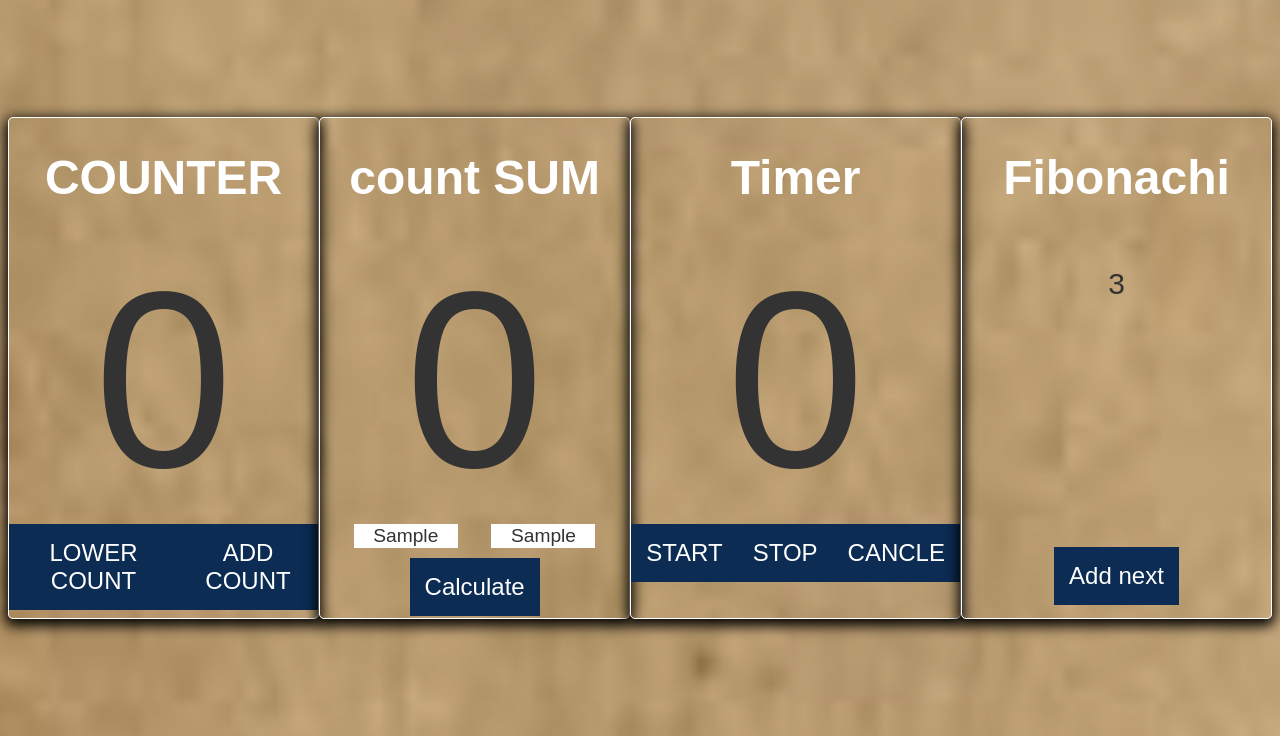
Repository: Hasmik-icml/counter
Page: index.html
An editor plug-in stored every save of this project. The page is shown before and after the next save, followed by the edit.
The browser window is 1280 px wide. The pictures show the whole page.
Empty fields were first filled with sample values (such as "Sample", 5 or name@example.com).
After loading, the first visible `div.fibonachiButtons` was clicked once.

Above is the page before, as saved 2022-02-14 23:26:46.

### index.html
<!DOCTYPE html>
<html lang="en">
<head>
    <meta charset="UTF-8">
    <meta http-equiv="X-UA-Compatible" content="IE=edge">
    <meta name="viewport" content="width=device-width, initial-scale=1.0">
    <link rel="stylesheet" href="/style.css">
    <title>Document</title>
</head>
<body>
    <!-- increase decrease -->
    <div class="container">
        <h1 class="counterHeader">COUNTER</h1>
        <div class="result">0</div>
        <div class="buttons">
            <button class="buttonLower button" data-id="lower">LOWER COUNT</button>
            <button class="buttonAdd button" data-id="add">ADD COUNT</button>
    </div>
    </div>

    <!--calculate sum of two numbers  -->
    <div class="container">
        <h1 class="counterHeader">count SUM</h1>
        <div class="resultSum result">0</div>
        <div class="inputs">
            <input type="text" class="inputNumber1 input">
            <input type="text" class="inputNumber2 input">
        </div>
        <button class="calculateNumber button">Calculate</button>
        <!--  -->
    </div>
    <!-- timer -->
    <div class="container">
        <h1 class="counterHeader">Timer</h1>
        <div class="resultTimer result">0</div>
        <div class="timerButtons buttons">
            <button class="buttonStart button">START</button>
            <button class="buttonStop button">STOP</button>
            <button class="buttonCansle button">CANCLE</button>
         </div>
    </div>
    <!-- fibonachi -->
    <div class="container">
        <h1 class="counterHeader">Fibonachi</h1>
        <div class="resultFibonachi result">0,1</div>
        <div class="fibonachiButtons buttons">
            <button class="buttonStart button">Add next</button>
         </div>
    </div>

    <script src="/index.js"></script>
</body>
</html>

### style.css
body{
    display:flex;
    text-align: center;
    /* flex-direction:column;
    justify-content:center; */
    min-height:100vh;
    background-image: url("/background.png");
    background-repeat: no-repeat;
    background-size: cover;
}
.container {
    width: 500px;
    height: 500px;
    border: 1px solid white;
    border-radius: 5px;
    margin: auto;
    text-align: center;
    box-shadow: 0px 4px 13px 3px;
    display: flex;
    flex-direction: column;
    justify-content: center;
    display: inline-block;
    justify-content: center;
    vertical-align: bottom;
}
.counterHeader{
    color: white;
    font-family: sans-serif;
    font-size: xxx-large;
}
.result{
    color: #333333;
    font-family: sans-serif;
    font-size: 250px;
}
.button{
    background-color: #0c2c54;
    border-style: none;
    color: white;
    padding: 15px;
    font-family: sans-serif;
    font-size: x-large;
}
.buttons{
    display: flex;
    justify-content: space-evenly;
}

.inputs{
    display: flex;
    justify-content: space-evenly;
    margin-bottom: 10px;
}
.input{
    border: none;
    font-size: larger;
    font-family: sans-serif;
    text-align: center;
    color: #333333;
    width: 100px;
    outline: none;
}
.resultFibonachi{
    font-size: 30px;
    height: 50%;
    overflow-wrap: anywhere;
    padding: 30px;
}

### index.js
// increase decrease
const result = document.querySelector(".result");
const buttonLower = document.querySelector(".buttonLower");
const buttonAdd = document.querySelector(".buttonAdd");

buttonLower.addEventListener("click", function(){
    result.innerHTML--;
})
buttonAdd.addEventListener("click", function(){
    result.innerHTML++;
})

// second version
// document.querySelectorAll(".button").forEach(item => {
//     item.addEventListener("click", function(e){
//         console.log("Target",item.getAttribute("data-id"));
//         if (item.getAttribute("data-id") === "add"){
//             result.innerHTML++;
//         }else{
//             result.innerHTML--;
//         }
//     })
// })


// calculate sum of two numbers
document.querySelector(".calculateNumber").addEventListener("click", function(){
    const number1 = +document.querySelector(".inputNumber1").value;
    const number2 = +document.querySelector(".inputNumber2").value;
    document.querySelector(".resultSum").innerHTML = calculate(number1)(number2);

})

function calculate(num1){
    return function(num2){
        return num1 + num2;
    }
}

// timer
const buttonStart = document.querySelector(".buttonStart");
const buttonStop = document.querySelector(".buttonStop");
const buttonCansle = document.querySelector(".buttonCansle");
const resultTimer = document.querySelector(".resultTimer");
let interval;

buttonStart.addEventListener("click", function(){
    interval = setInterval(timerStart, 1000);
})

buttonStop.addEventListener("click", function(){
    timerStop();
})

buttonCansle.addEventListener("click", function(){
    resultTimer.innerHTML = "0";
})

function timerStart(){
    resultTimer.innerHTML++;
}

function timerStop(){
  clearInterval(interval);
}

//fibonachi
let fibonachiNumbers = [0, 1];

document.querySelector(".fibonachiButtons").addEventListener("click",function(){
   let next = fibonachiNumbers.length + 1;
  let res =  fib(next);
  console.log(res);
  document.querySelector(".resultFibonachi").innerHTML = res;

})


function fib(next){
   return fibonachiNumbers.push(fibonachiNumbers[next] + fibonachiNumbers[next - 1]);
}

After the next save:
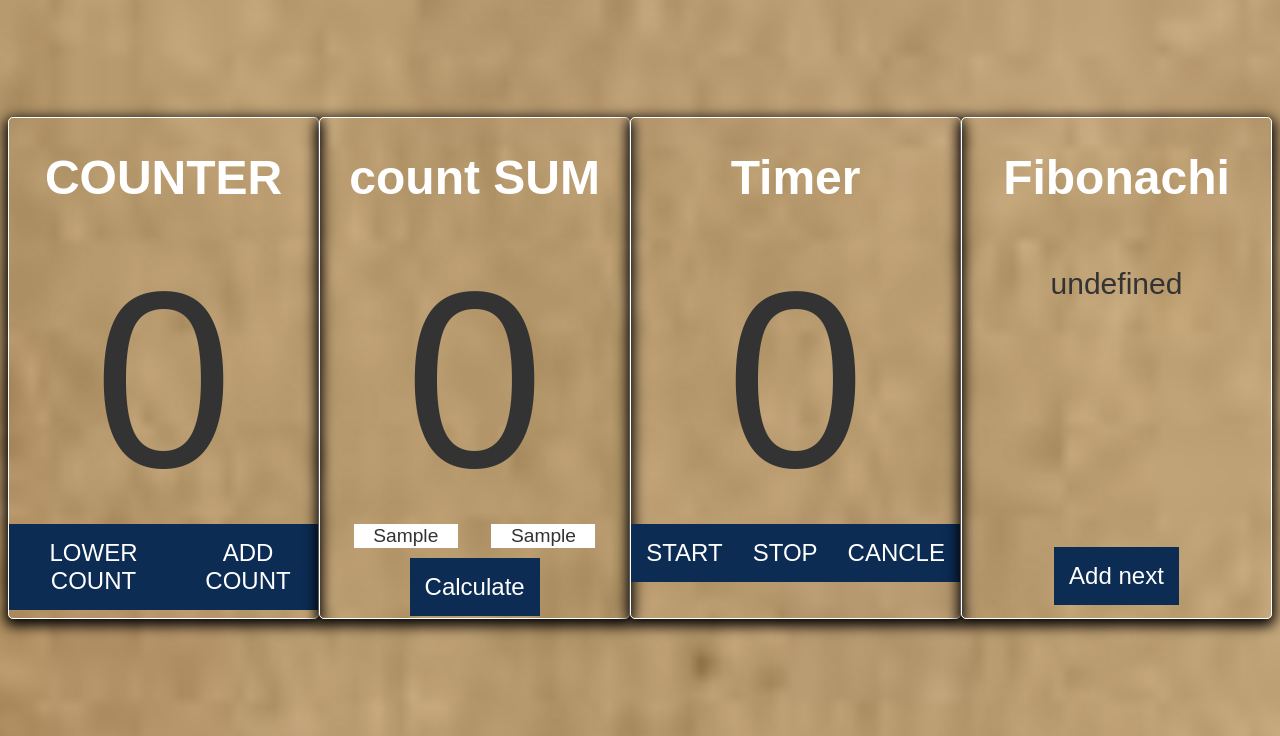
Saved 4 s later.
--- a/index.js
+++ b/index.js
@@ -77,5 +77,5 @@ document.querySelector(".fibonachiButtons").addEventListener("click",function(){
 
 
 function fib(next){
-   return fibonachiNumbers.push(fibonachiNumbers[next] + fibonachiNumbers[next - 1]);
+    fibonachiNumbers.push(fibonachiNumbers[next] + fibonachiNumbers[next - 1]);
 }
